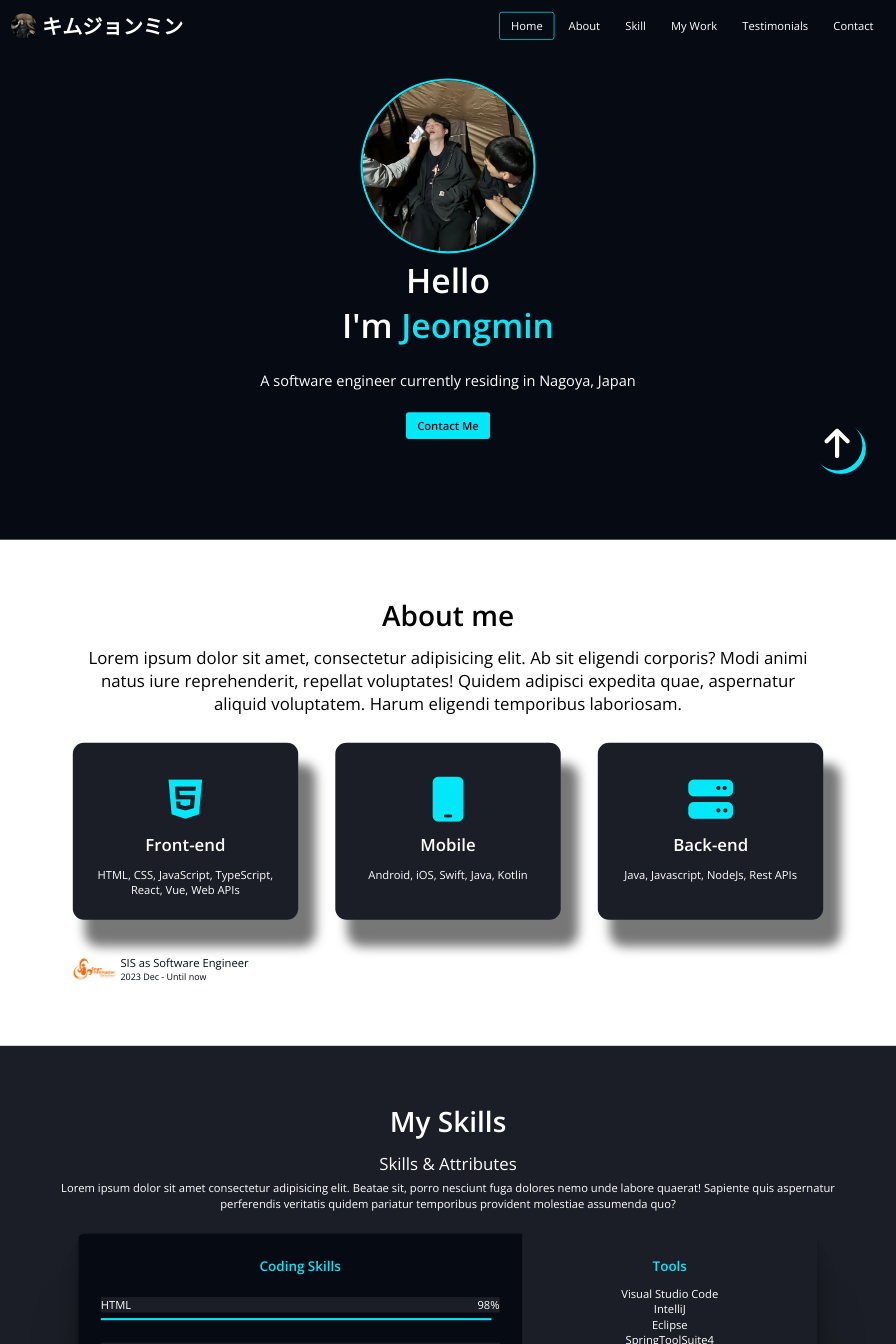
Repository: N1C0N1C0/Portfolio
Page: index.html
An editor plug-in stored every save of this project. The page is shown before and after the next save, followed by the edit.
The browser window is 1280 px wide. The pictures show the part of the page from y = 0 to 1920 px (the page is 4495 px tall), at 70% of full size.
Some web libraries are served in a nearby version.

Above is the page before, as saved 2023-12-19 00:23:35.

After the next save:
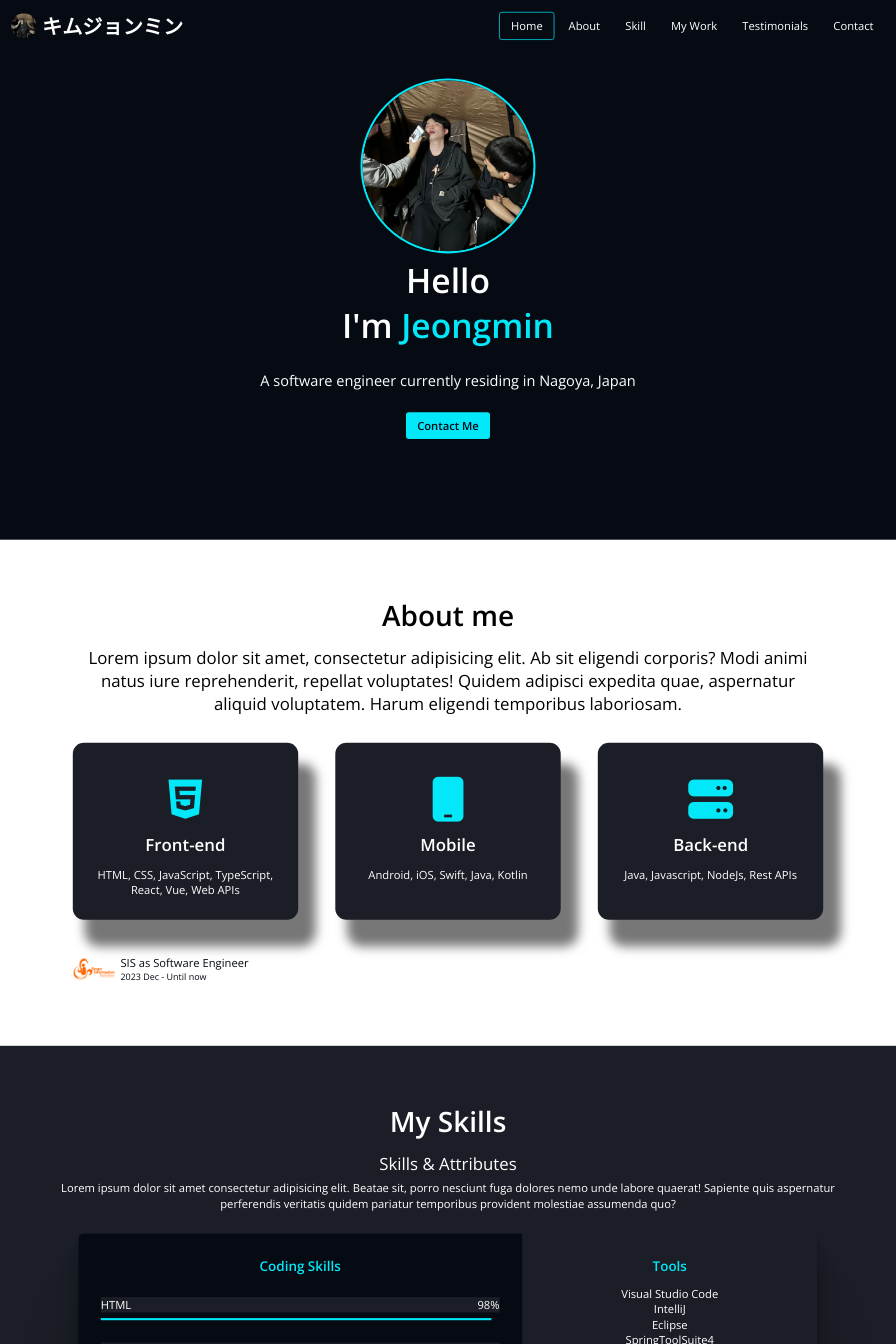
Saved 16 s later.
--- a/src/main.js
+++ b/src/main.js
@@ -29,6 +29,6 @@
  */
 const arrow = document.querySelector('.arrow__container');
 document.addEventListener('scroll', () => {
-    arrow.style.opacity = 1 - window.scrollY / homeHeight;
+    arrow.style.opacity = window.scrollY / homeHeight - 1;
 
 })
